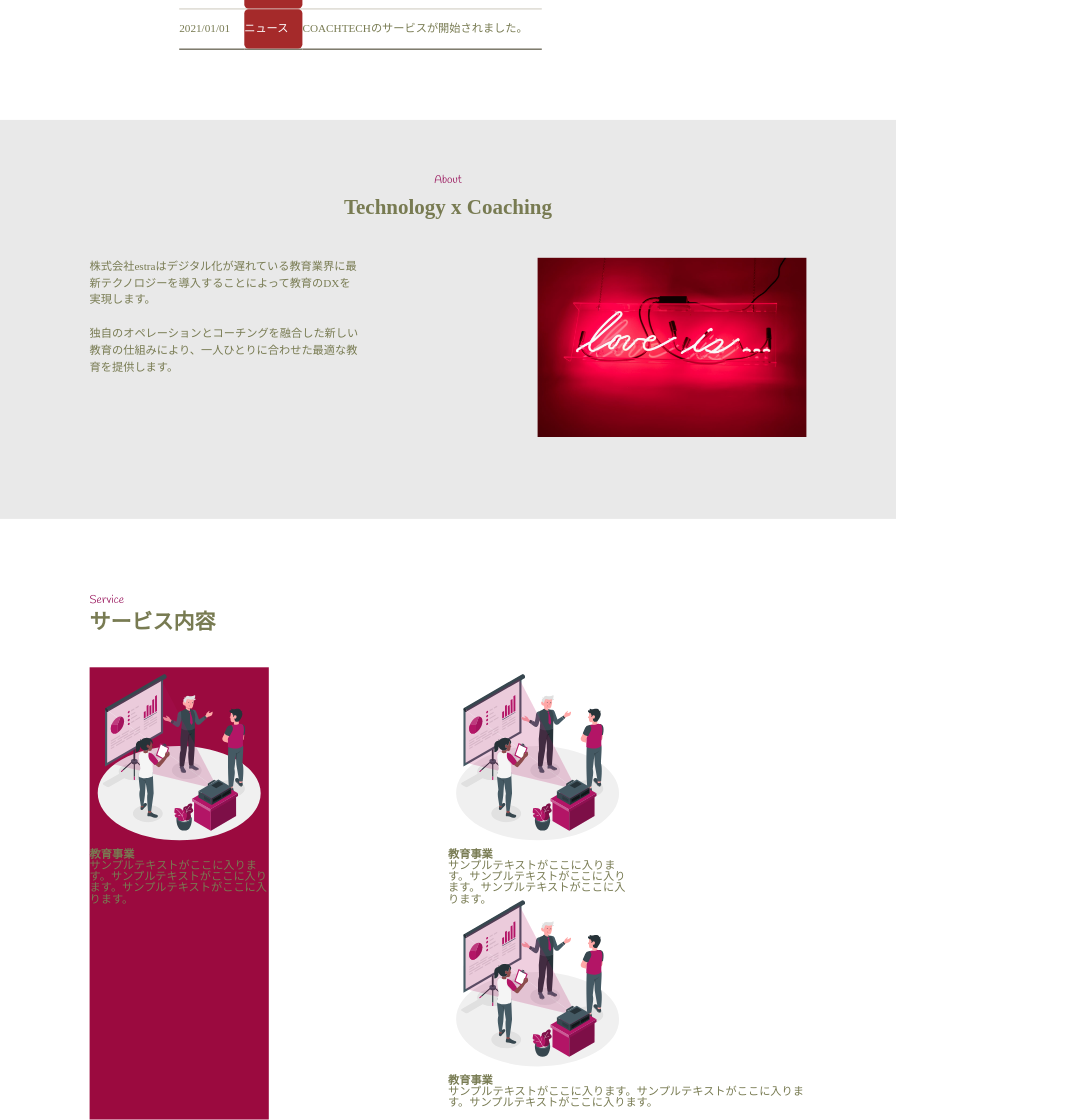
Repository: masanarimiura/20220504miura
Page: index.html
These files come from the project's save history. The page is drawn as it stood at one moment and after a run of saves; the edit follows.
The browser window is 1280 px wide. The page is 1536 px wide, so the pictures cover 1536 px, including what lies to the right of the window. The pictures show the part of the page from y = 965 to 2565 px (the page is 2565 px tall), at 70% of full size.

Above is the page before, as saved 2022-05-04 21:59:06.

### index.html
<!DOCTYPE html>
<html lang="ja">

<head>
  <meta charset="UTF-8">
  <meta http-equiv="X-UA-Compatible" content="IE=edge">
  <meta name="viewport" content="width=device-width, initial-scale=1.0">
  <title>20220504miura</title>
  <link rel="stylesheet" href="css/reset.css">
  <link rel="stylesheet" href="css/style.css">
  <link rel="preconnect" href="https://fonts.googleapis.com">
  <link rel="preconnect" href="https://fonts.gstatic.com" crossorigin>
  <link href="https://fonts.googleapis.com/css2?family=Gochi+Hand&display=swap" rel="stylesheet">
  <link rel="preconnect" href="https://fonts.googleapis.com">
  <link rel="preconnect" href="https://fonts.gstatic.com" crossorigin>
  <link href="https://fonts.googleapis.com/css2?family=Handlee&display=swap" rel="stylesheet">
</head>

<header class="header">
  <div class="header-inner">
    <div class="header-logo">
      <a href="">ssssssss
        <img src="img/estra_logo.png" alt="">
      </a>
    </div>
    <nav class="header-nav">
      <ul class="header-nav-list">
        <li class="header-nav-item"><a href="" class="header-nav-link">
            News
          </a></li>
        <li class="header-nav-item"><a href="" class="header-nav-link">
            About
          </a></li>
        <li class="header-nav-item"><a href="" class="header-nav-link">
            Service
          </a></li>
        <li class="header-nav-item"><a href="" class="header-nav-link">
            Blog
          </a></li>
        <li class="header-nav-item"><a href="" class="header-nav-link">
            Company
          </a></li>
        <li class="header-nav-item"><a href="" class="header-nav-link">
            Contact
          </a></li>
      </ul>
    </nav>
  </div>
</header>
<div class="firstview">
  <img src="img/firstview.jpg" alt="">
  <div class="firstview-inner">
    <h2 class="firstview-ttl">
      Commit to the <span class="firstview-text-emphasis">growth</span> <br>for everone
    </h2>
    <div class="firstview">
      <p class="firstview-text">
        全ての人の<span class="firstview-text-emphasis">成長</span>にコミットする
      </p>
      <p class="firstview-en">
        Educational Technology Company <br>estra inc 2019
      </p>
    </div>
  </div>
</div>
<div class="news">
  <p class="news-icon icon">News</p>
  <h2 class="news-ttl">新着情報
  </h2>
  <table class="news-table">
    <tr class="news-table-tr">
      <td class="news-table-date">2021/01/01</td>
      <td class="news-table-news">ニュース</td>
      <td class="news-table-text">COACHTECHのサービスが開始されました。</td>
    </tr>
    <tr class="news-table-tr">
      <td class="news-table-date">2021/01/01</td>
      <td class="news-table-news">ニュース</td>
      <td class="news-table-text">COACHTECHのサービスが開始されました。</td>
    </tr>
    <tr class="news-table-tr">
      <td class="news-table-date">2021/01/01</td>
      <td class="news-table-news">ニュース</td>
      <td class="news-table-text">COACHTECHのサービスが開始されました。</td>
    </tr>
    <tr class="news-table-tr">
      <td class="news-table-date">2021/01/01</td>
      <td class="news-table-news">ニュース</td>
      <td class="news-table-text">COACHTECHのサービスが開始されました。</td>
    </tr>
    <tr class="news-table-tr">
      <td class="news-table-date">2021/01/01</td>
      <td class="news-table-news">ニュース</td>
      <td class="news-table-text">COACHTECHのサービスが開始されました。</td>
    </tr>
  </table>
</div>
<div class="about">
  <div class="about-top">
    <div class="about-icon icon">About</div>
    <h2 class="about-ttl">Technology x Coaching</h2>
  </div>
  <div class="about-inner">
    <div class="about-text">
      <p class="about-text-content">
        株式会社estraはデジタル化が遅れている教育業界に最新テクノロジーを導入することによって教育のDXを実現します。　<br><br>
        独自のオペレーションとコーチングを融合した新しい教育の仕組みにより、一人ひとりに合わせた最適な教育を提供します。
      </p>
    </div>
    <img src="img/about.jpg" alt="">
  </div>
</div>
<div class="service">
  <div class="service-top">
    <div class="service-icon icon">Service</div>
    <h2 class="service-ttl">サービス内容</h2>
  </div>
  <div class="service-box">
    <div class="service-box1">
      <img src="img/service__first.svg" alt="" class="service-img">
      <h3 class="service-box-ttl1">教育事業</h3>
      <p class="service-box-text1">サンプルテキストがここに入ります。サンプルテキストがここに入ります。サンプルテキストがここに入ります。</p>
    </div>
    <div class="service-box2">
      <img src="img/service__first.svg" alt="" class="service-img">
      <h3 class="service-box-ttl2">教育事業</h3>
      <p class="service-box-text2">サンプルテキストがここに入ります。サンプルテキストがここに入ります。サンプルテキストがここに入ります。</p>
    </div>
    <div class="service-box3">
      <img src="img/service__first.svg" alt="" class="service-img">
      <h3 class="service-box-ttl3">教育事業</h3>
      <p class="service-box-text3">サンプルテキストがここに入ります。サンプルテキストがここに入ります。サンプルテキストがここに入ります。</p>
    </div>
  </div>
</div>

<body>

</body>

</html>

### css/style.css
* {
  color: rgb(120, 123, 82);
}
a {
  text-decoration: none;
  color: inherit;
}
.header {
  width: 100%;
}
.header-inner {
  display: flex;
  justify-content: space-between;
  margin: 10px 20px;
}
.header img {
  width: 100px;
}
.header-nav {
  margin: 10px 20px;
}
.header-nav-list {
  display: flex;
  justify-content: center;
}
.header-nav-item:not(:last-child) {
  padding-right: 20px;
}
.firstview {
  width: 100%;
  position: relative;
}
.firstview-inner {
  position: absolute;
  top: 20%;
  left: 20%;
  width: 100%;
}
.firstview img {
  width: 60%;
  margin: 0 0 0 auto;
  display: block;
}
.firstview-ttl {
  color: rgb(119, 21, 70);
  font-size: 50px;
  font-family: "Gochi Hand", cursive;
  line-height: 1.5;
}
.firstview-text {
  color: rgb(119, 21, 70);
  font-size: 20px;
  margin-top: 30px;
}
.firstview-en {
  line-height: 1.5;
  margin-top: 10px;
}
.firstview-text-emphasis {
  color: rgb(32, 134, 172);
  font-weight: bold;
}
.news {
  margin: 100px auto 0;
  width: 60%;
}
.icon {
  color: rgb(153, 21, 92);
  font-family: "Handlee", cursive;
  line-height: 2;
}
.news-ttl {
  font-size: 30px;
  color: rgb(114, 110, 95);
}
.news-table {
  align-items: center;
  border-top: 2px solid rgb(114, 110, 95);
  border-bottom: 2px solid rgb(114, 110, 95);
  margin-top: 20px;
}
.news-table-tr {
  border-bottom: 1px solid rgb(182, 177, 160);
  padding: 30px 0;
}
.news-table-tr td {
  padding: 20px 20px 20px 0;
}
.news-table-news {
  background-color: brown;
  display: inline-block;
  padding: 1px 1px;
  border-radius: 6px;
  margin: 0 0;
  text-align: center;
  align-items: center;
  color: #fff;
}
.about {
  width: 100%;
  background-color: rgb(233, 233, 233);
  margin-top: 100px;
  line-height: 1.5;
  height: 500px;
  padding: 50px 0 20px;
}
.about-top {
  text-align: center;
  margin: 20px;
}
.about-ttl {
  font-size: 30px;
  margin-bottom: 50px;
}
.about-inner {
  display: flex;
  justify-content: space-around;
}
.about-text {
  width: 30%;
}
.about-inner img {
  width: 30%;
}
.service {
  width: 80%;
  margin: 100px auto 0;
}
.service-top {
  margin-bottom: 50px;
}
.service-ttl {
  font-size: 30px;
}
.service-box {
  display: grid;
  grid-template-rows: 50% 50%;
  grid-template-columns: 50% 50%;
}
.service-box1,
.service-box2,
.service-box3 img {
  width: 50%;
}
.service-box1 {
  grid-column: 1/2;
  grid-row: 1/3;
  background-color: rgb(155, 10, 63);
}
.service-box-ttl1,.service-box-ttl2,.service-box-ttl3,.service-box-text1,.service-box-text2,.service-box-text3,
.service-box2 {
  grid-column: 2/3;
  grid-row: 1/2;
}
.service-box3 {
  grid-column: 2/3;
  grid-row: 2/3;
}

Loaded but not shown: css/reset.css (common file)

After the next 5 saves:
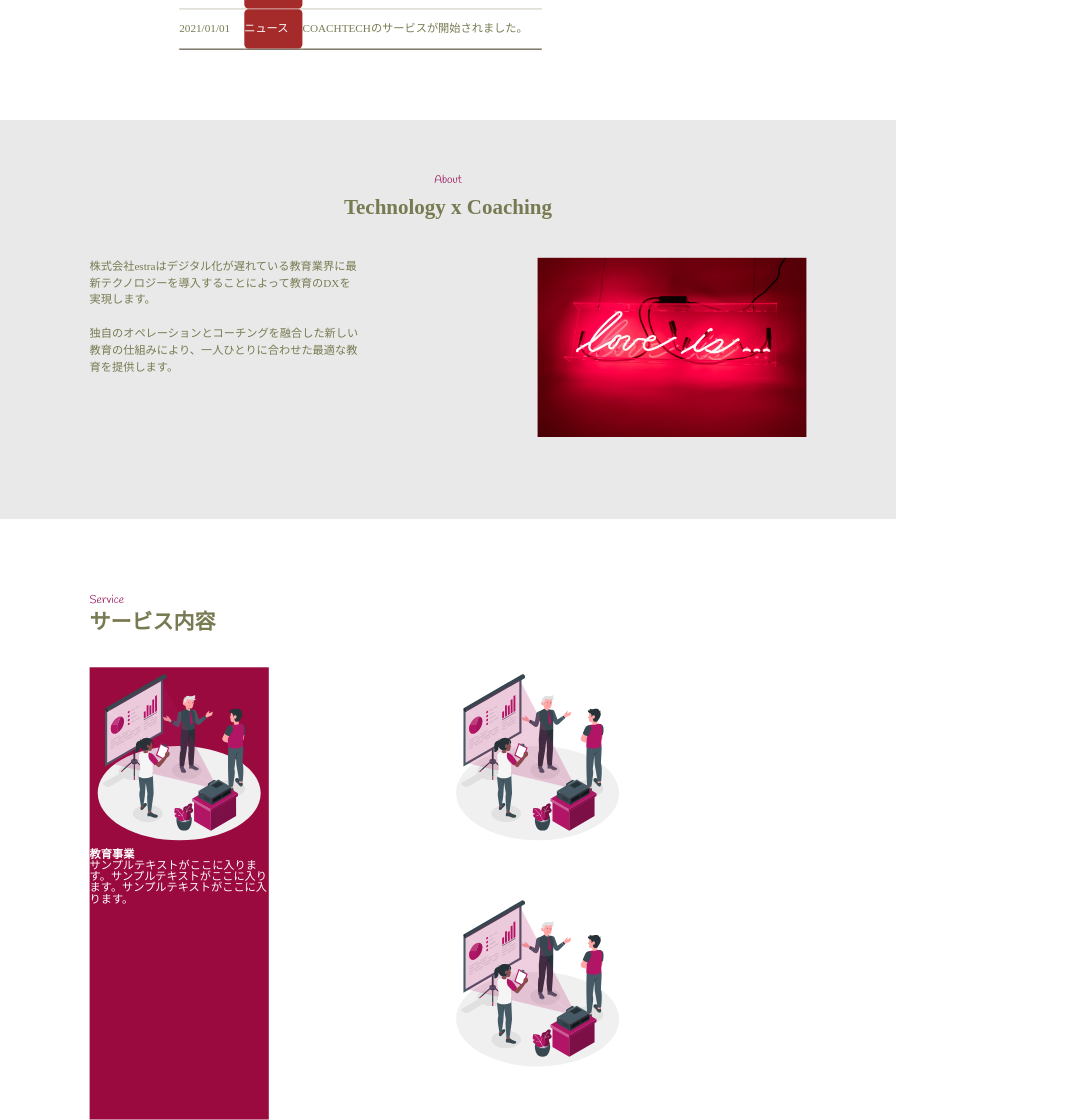
The 5 saves are shown as one change because they came seconds apart.
The last was saved 12 s later.
--- a/css/style.css
+++ b/css/style.css
@@ -147,7 +147,14 @@ a {
   grid-row: 1/3;
   background-color: rgb(155, 10, 63);
 }
-.service-box-ttl1,.service-box-ttl2,.service-box-ttl3,.service-box-text1,.service-box-text2,.service-box-text3,
+.service-box-ttl1,
+.service-box-ttl2,
+.service-box-ttl3,
+.service-box-text1,
+.service-box-text2,
+.service-box-text3 {
+  color: #fff;
+}
 .service-box2 {
   grid-column: 2/3;
   grid-row: 1/2;
